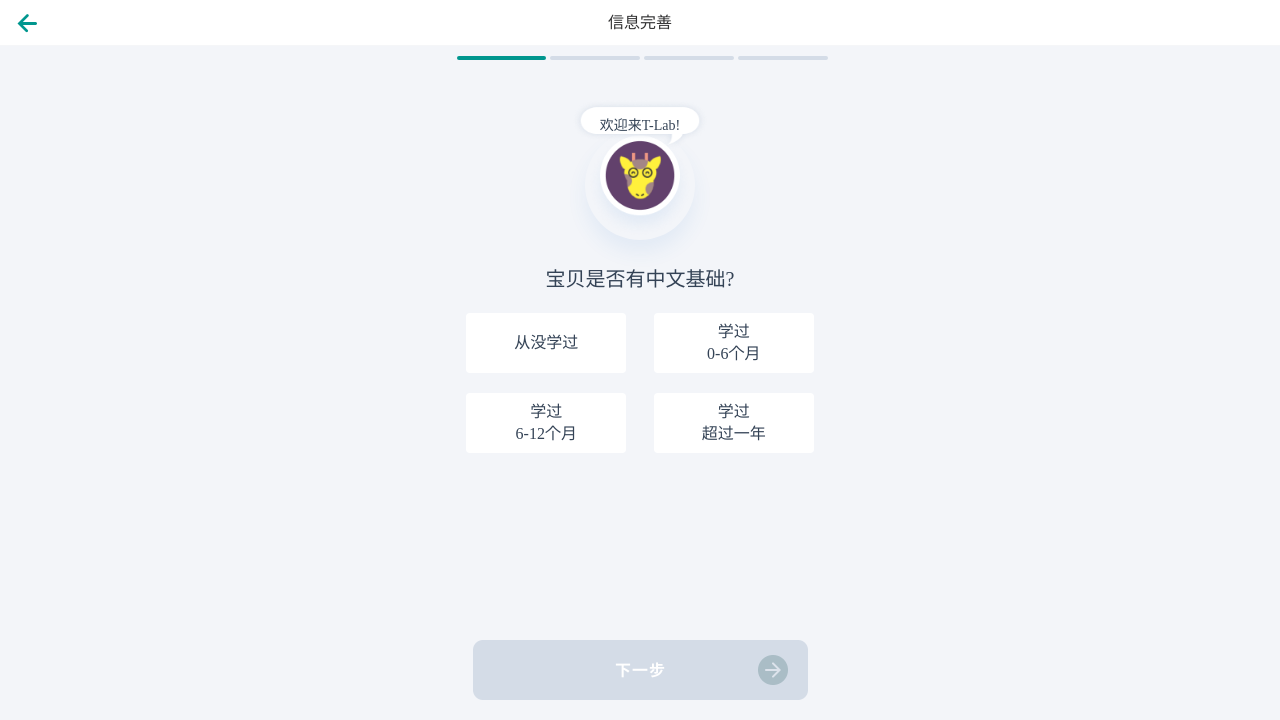
Repository: huangjf1/1
Page: /
The author's editor kept a copy of each file at every save. The page is drawn from the files as they stood at one save, then again after the next save.
The browser window is 1280 px wide. The pictures show the whole page.
The project was rebuilt for these pictures with package versions that can differ from the ones it lists, and the page was loaded fresh each time. Also part of the build but not shown: vue.config.js.

Above is the page before, as saved 2021-08-24 12:11:00.

After the next save:
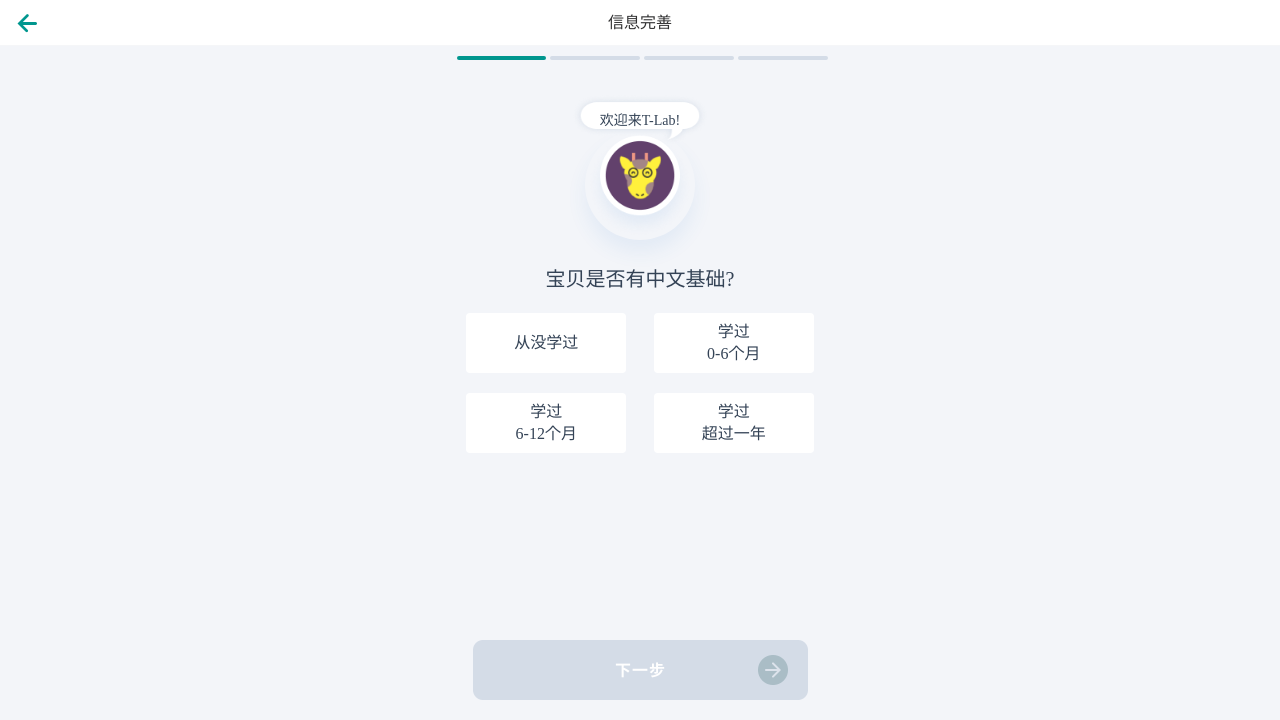
Saved 11 s later.
--- a/src/views/index.vue
+++ b/src/views/index.vue
@@ -380,7 +380,7 @@ export default {
             left: 0;
             right: 0;
             margin: auto;
-            top: 40px;
+            top: 35px;
             font-family: PingFang HK;
             font-style: normal;
             font-weight: 500;
